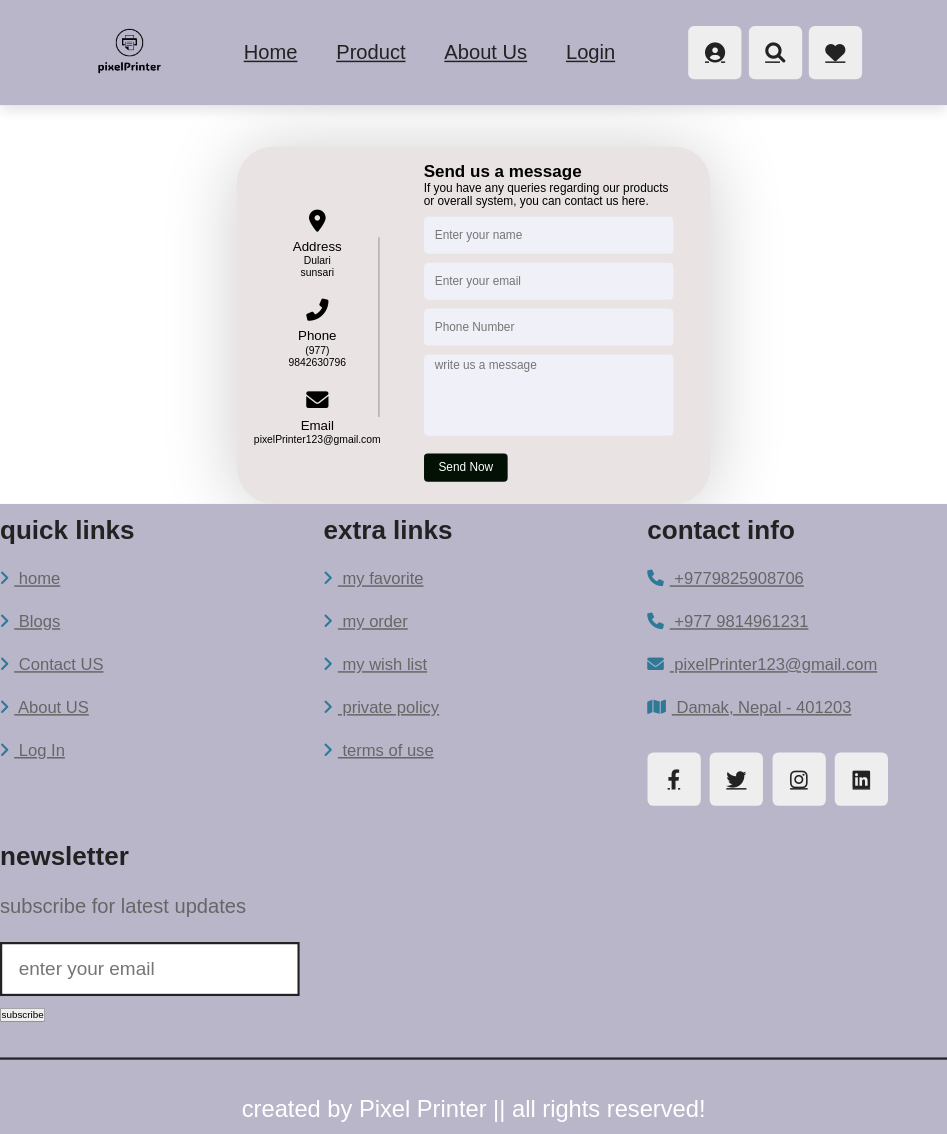
Repository: kritikakittu06/Ecommerce
Page: http://localhost/PixlePrinter/pages/Contact.jsp
An editor plug-in stored every save of this project. The page is shown before and after the next save, followed by the edit.
The browser window is 1280 px wide. The pictures show the whole page, at 74% of full size.
The page is served by Tomcat 9. Other server files are loaded and not shown.

Above is the page before, as saved 2024-04-15 10:00:13.

### PixlePrinter/src/main/webapp/pages/Contact.jsp
<%@ page language="java" contentType="text/html; charset=ISO-8859-1"
	pageEncoding="ISO-8859-1"%>
<%@ page import="utilities.Utilities"%>
<!DOCTYPE html>
<html lang="en">
<head>
<meta charset="UTF-8">
<meta http-equiv="X-UA-Compatible" content="IE=edge">
<meta name="viewport" content="width=device-width, initial-scale=1.0">
<title>Contact Us</title>
<link rel="stylesheet"
	href="https://cdnjs.cloudflare.com/ajax/libs/font-awesome/6.0.0-beta3/css/all.min.css">
<link rel="stylesheet"
	href="${pageContext.request.contextPath}/css/Contact.css" />
</head>
<body>
	<section id="header" class="header">
		<a href="#"><img
			src="${pageContext.request.contextPath}/Images/logo.png" class="logo"
			style="width: 120px; height: auto;"></a>
		<nav class="navbar">
			<a class="active"
				href="${pageContext.request.contextPath}/pages/Index.jsp">Home</a> <a
				href="${pageContext.request.contextPath}/pages/product.jsp">Product</a>
			<a href="${pageContext.request.contextPath}/pages/Contact.jsp">About
				Us</a> <a href="${pageContext.request.contextPath}/Login.jsp">Login</a>
		</nav>
		<div class="icons">
			<div id="menu-btn" class="fas fa-bars"></div>
			<a href="#" class="fas fa-user-circle"></a> <a href="#"
				class="fas fa-search"></a> <a href="#" class="fas fa-heart"></a>
		</div>
	</section>
	<br>
	<br>
	<div class="message-from-backend">
		<% if (session.getAttribute(Utilities.Successfully_Stored_Message) != null) { %>
		<div class="alert alert-success" role="alert">
			<%= session.getAttribute(Utilities.Successfully_Stored_Message) %>
		</div>
		<% } else if (request.getAttribute(Utilities.ERROR_MESSAGE) != null) {
                  if (request.getAttribute(Utilities.ERROR_MESSAGE).equals(Utilities.INCORRECT_FORM_DATA_MESSAGE)) { %>
		<div class="alert alert-danger" role="alert">
			<%= request.getAttribute(Utilities.ERROR_MESSAGE) %>
		</div>
		<%   } else if (request.getAttribute(Utilities.ERROR_MESSAGE).equals(Utilities.SERVER_ERROR_MESSAGE)) { %>
		<div class="alert alert-danger" role="alert">
			<%= request.getAttribute(Utilities.ERROR_MESSAGE) %>
		</div>
		<%   }
                  } %>
	</div>
	<div class="container">
		<div class="content">
			<div class="left">
				<!-- Address Details -->
				<div class="address details">
					<i class="fas fa-map-marker-alt"></i>
					<div class="topic">Address</div>
					<div class="text-one">Dulari</div>
					<div class="text-two">sunsari</div>
				</div>
				<!-- Phone Details -->
				<div class="phone details">
					<i class="fas fa-phone-alt"></i>
					<div class="topic">Phone</div>
					<div class="text-one">(977) 9842630796</div>
				</div>
				<!-- Email Details -->
				<div class="email details">
					<i class="fas fa-envelope"></i>
					<div class="topic">Email</div>
					<div class="text-one">pixelPrinter123@gmail.com</div>
				</div>
			</div>
			<br> <br>
			<!-- Contact Form -->
			<div class="right">
				<div class="topic-text">Send us a message</div>
				<p >If you have any queries regarding our products or overall
					system, you can contact us here.</p>
				<form action="${pageContext.request.contextPath}/StoreContactUsMessage" method="post">
					<div class="input-box">
						<input name="name" type="text" id="name"
							placeholder="Enter your name" required>
					</div>
					<div class="input-box">
						<input name="email" type="text" id="email"
							placeholder="Enter your email" required>
					</div>
					<div class="input-box">
						<input type="tel" id="phoneNumber" placeholder="Phone Number"
							name="phone_Num">
					</div>
					<div class="input-box message-box">
						<textarea name="message" id="message"
							placeholder="write us a message" rows="4" cols="50" required></textarea>
					</div>
					<div class="button">
						<button type="submit">Send Now</button>
					</div>
				</form>
			</div>
		</div>
	</div>
	<section class="footer">
		<div class="box-container">
			<div class="box">
				<h3>quick links</h3>
				<a class="link" href="#home"> <i class="fas fa-angle-right"></i>
					home
				</a> <a class="link" href="#about"> <i class="fas fa-angle-right"></i>
					Blogs
				</a> <a class="link" href="#shop"> <i class="fas fa-angle-right"></i>
					Contact US
				</a> <a class="link" href="#gallery"> <i class="fas fa-angle-right"></i>
					About US
				</a> <a class="link" href="#message"> <i class="fas fa-angle-right"></i>
					Log In
				</a>
			</div>
			<div class="box">
				<h3>extra links</h3>
				<a class="link" href="#"> <i class="fas fa-angle-right"></i> my
					favorite
				</a> <a class="link" href="#"> <i class="fas fa-angle-right"></i> my
					order
				</a> <a class="link" href="#"> <i class="fas fa-angle-right"></i> my
					wish list
				</a> <a class="link" href="#"> <i class="fas fa-angle-right"></i>
					private policy
				</a> <a class="link" href="#"> <i class="fas fa-angle-right"></i>
					terms of use
				</a>
			</div>
			<div class="box">
				<h3>contact info</h3>
				<a class="link" href="#"> <i class="fas fa-phone"></i> +9779825908706
				</a> <a class="link" href="#"> <i class="fas fa-phone"></i> +977 9814961231
				</a> <a class="link" href="#"> <i class="fas fa-envelope"></i>
					pixelPrinter123@gmail.com
				</a> <a class="link" href="#"> <i class="fas fa-map"></i> Damak, Nepal - 401203
				</a>
				<div class="share">
					<a href="#" class="fab fa-facebook-f"></a> <a href="#"
						class="fab fa-twitter"></a> <a href="#" class="fab fa-instagram"></a>
					<a href="#" class="fab fa-linkedin"></a>
				</div>
			</div>
			<div class="box">
				<h3>newsletter</h3>
				<p>subscribe for latest updates</p>
				<form action="">
					<input type="email" name="" placeholder="enter your email" id=""
						class="email"> <input type="submit" value="subscribe"
						class="btn">
				</form>
			</div>
		</div>
		<div class="credit">
			created by <span>Pixel Printer</span> || all rights reserved!
		</div>
	</section>
</body>
</html>

### PixlePrinter/src/main/webapp/css/Contact.css
@charset "ISO-8859-1";
.header{
    position: sticky;
    top: 0;
    left: 0;
    right: 0;
    z-index: 1000;
    box-shadow: 0 0.5rem 1rem rgba(0,0,0,0.1);
    background:#b9b6ca;
    display: flex;
    align-items: center;
    justify-content: space-between;
    padding:1.5rem 9%;
}
.header .logo{
    font-size: 2.5rem;
    color: #222;
    font-weight: bolder;
}
.header .logo i{
    color: #2d709d;
}
.header .navbar a{
    margin: 0 1.5rem;
    font-size: 1.7rem;
    color: #222;
}
.header .navbar a:hover{
    color: #2d7f85;
}
.header .icons div,
.header .icons a{
    height: 4.5rem;
    width:4.5rem;
    line-height: 4.5rem;
    border-radius: .5rem;
    background: #eee;
    font-size: 1.7rem;
    color: #222;
    margin-left: .3rem;
    text-align: center;
    cursor: pointer;
}
.header .icons a:hover,
.header .icons div:hover{
    background: #298f93;
    color: #fff;
}
.header #menu-btn{
    display: none;
}
@import url('https://fonts.googleapis.com/css2?family=Poppins:wght@200;300;400;500;600;700&display=swap');
*{
  margin: 0;
  padding: 0;
  box-sizing: border-box;
  font-family: "Poppins" , sans-serif;
}
.container{
  width: 50%;
  background:#e9e3e3;
  border-radius: 50px;
  padding: 20px 50px 30px 40px;
  box-shadow: 0 5px 100px rgba(0, 0, 0, 0.2);
  margin: 0 auto;
}
.container .content{
  display: flex;
  align-items: center;
  justify-content: space-between;
}
.container .content .left{
  width: 25%;
  height: 100%;
  display: flex;
  flex-direction: column;
  align-items: center;
  justify-content: center;
  margin-top: 15px;
  position: relative;
}
.content .left::before{
  content: '';
  position: absolute;
  height: 70%;
  width: 2px;
  right: -15px;
  top: 50%;
  transform: translateY(-50%);
  background: #afafb6;
}
.content .left .details{
  margin: 14px;
  text-align: center;
}
.content .left .details i{
  font-size: 30px;
  color: black;
  margin-bottom: 10px;
}
.content .left .details .topic{
  font-size: 18px;
  font-weight: 500;
}
.content .left .details .text-one,
.content .left .details .text-two{
  font-size: 14px;
  color: #000002;
}
.container .content .right{
  width: 75%;
  margin-left: 75px;
  display:center;
}
.content .right .topic-text{
  font-size: 23px;
  font-weight: 600;
  color: #000000;
}
.right .input-box{
  height: 50px;
  width: 100%;
  margin: 12px 0;
}
.right .input-box input,
.right .input-box textarea{
  height: 100%;
  width: 100%;
  border: none;
  outline: none;
  font-size: 16px;
  background: #F0F1F8;
  border-radius: 6px;
  padding: 0 15px;
  resize: none;
}
.right .message-box{
  min-height: 110px;
}
.right .input-box textarea{
  padding-top: 6px;
}
.right .button{
  display: inline-block;
  margin-top: 12px;
}
.right .button input[type="button"]{
  color: #fff;
  font-size: 18px;
  outline: none;
  border: none;
  padding: 8px 16px;
  border-radius: 6px;
  background: #000000;
  cursor: pointer;
  transition: all 0.3s ease;
}
.button input[type="button"]:hover{
  background: #760a0a;
}

@media (max-width: 950px) {
  .container{
    width: 90%;
    padding: 30px 40px 40px 35px ;
  }
  .container .content .right{
   width: 75%;
   margin-left: 55px;
}
}
@media (max-width: 820px) {
  .container{
    margin: 40px 0;
    height: 100%;
  }
  .container .content{
    flex-direction: column-reverse;
  }
 .container .content .left{
   width: 100%;
   flex-direction: row;
   margin-top: 40px;
   justify-content: center;
   flex-wrap: wrap;
 }
 .container .content .left::before{
   display: none;
 }
 .container .content .right{
   width: 100%;
   margin-left: 0;
 }
}
.button button {
  background-color: #021103;
  color: white;
  padding: 10px 20px;
  border: none;
  border-radius: 5px;
  cursor: pointer;
  font-size: 16px;
}

.button button:hover {
  background-color: #0e57c4;
}

.footer{
    background:#b9b6ca;
}

.footer .box-container{
    display: grid;
    grid-template-columns: repeat(auto-fit, minmax(25rem, 1fr));
    gap:2rem;
}
.footer .box-container .box h3{
    font-size: 2.2rem;
    color: #222;
    padding:1rem 0;
}
.footer .box-container .box .link{
    padding:1rem 0;
    font-size: 1.4rem;
    color: #666;
    display:block;
}
.footer .box-container .box .link i{
    padding-right: .5rem;
    color: #2d7997;
}
.footer .box-container .box .link:hover{
    color: #308b87;
}
.footer .box-container .box .link:hover i{
    padding-right: 2rem;
}
.footer .box-container .box .share{
    margin-top: 2rem;
}
.footer .box-container .box .share a{
    height:4.5rem;
    width:4.5rem;
    line-height: 4.5rem;
    font-size: 1.7rem;
    border-radius: .5rem;
    background: #eee;
    text-align: center;
    color: #222;
    margin-right: .5rem;
}
.footer .box-container .box .share a:hover{
    color: #fff;
    background: #2f8997;
}
.footer .box-container .box p{
    padding: 1rem 0;
    font-size: 1.7rem;
    color: #666;
}
.footer .box-container .box form .email{
    border:0.2rem solid #222;
    width: 100%;
    padding:1.2rem 1.4rem;
    text-transform: none;
    color: #666;
    margin: 1rem 0;
    font-size: 1.6rem;
}
.footer .credit{
    text-align: center;
    padding: 1rem;
    padding-top:3rem;
    margin-top: 3rem;
    font-size: 2rem;
    border-top: 0.2rem solid #222;
    color: #fff;
}
.footer .credit span{
   color: #333;
}


.message-from-backend {
  margin-top: 20px;
}

.message-from-backend .alert {
  padding: 10px;
  margin-bottom: 10px;
  border-radius: 5px;
}

.message-from-backend .alert-success {
  color: #155724;
  background-color: #d4edda;
  border-color: #c3e6cb;
}

.message-from-backend .alert-danger {
  color: #721c24;
  background-color: #f8d7da;
  border-color: #f5c6cb;
}

After the next save:
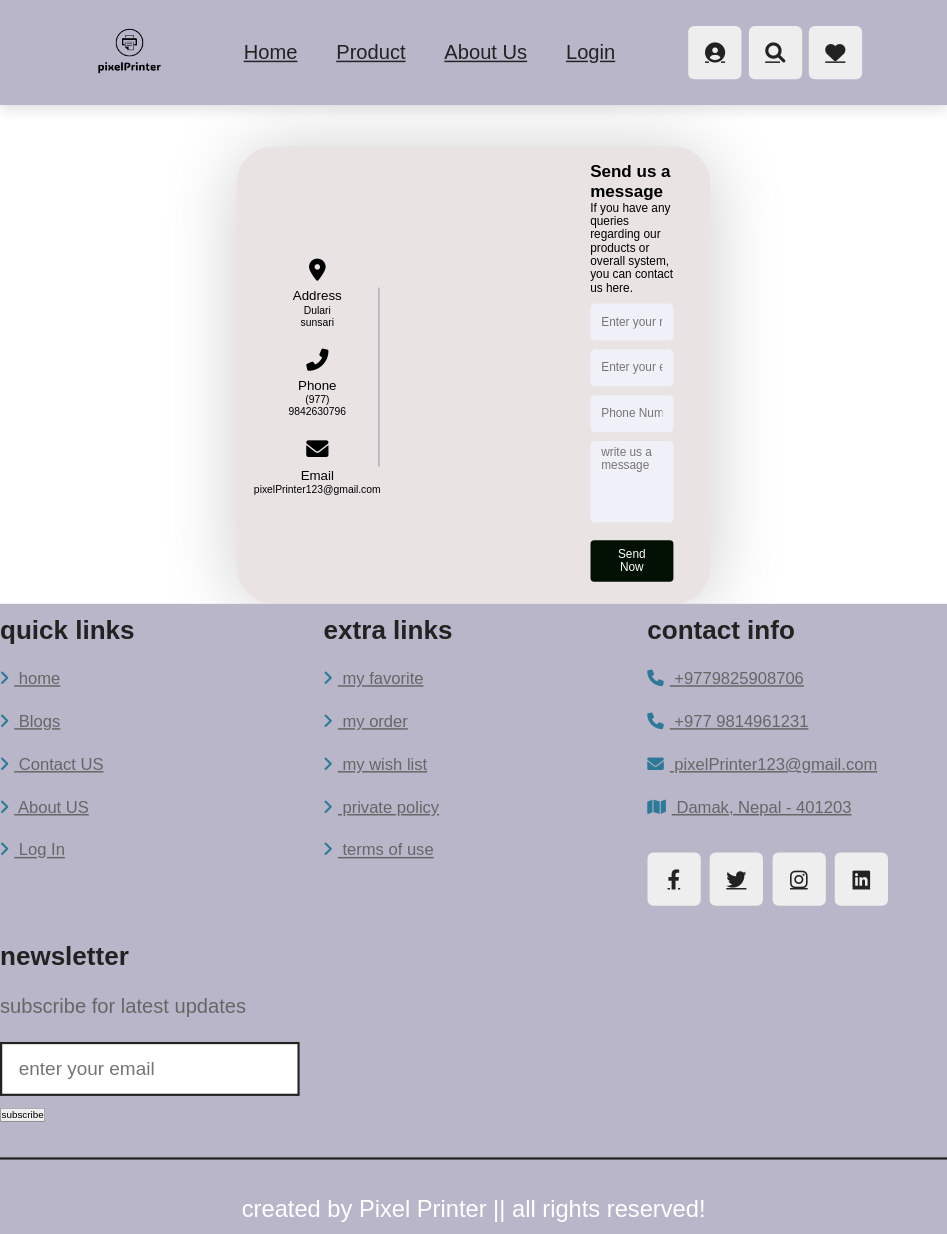
Saved 31 s later.
--- a/PixlePrinter/src/main/webapp/css/Contact.css
+++ b/PixlePrinter/src/main/webapp/css/Contact.css
@@ -109,8 +109,7 @@
 }
 .container .content .right{
   width: 75%;
-  margin-left: 75px;
-  display:center;
+  margin-left: 300px;
 }
 .content .right .topic-text{
   font-size: 23px;
